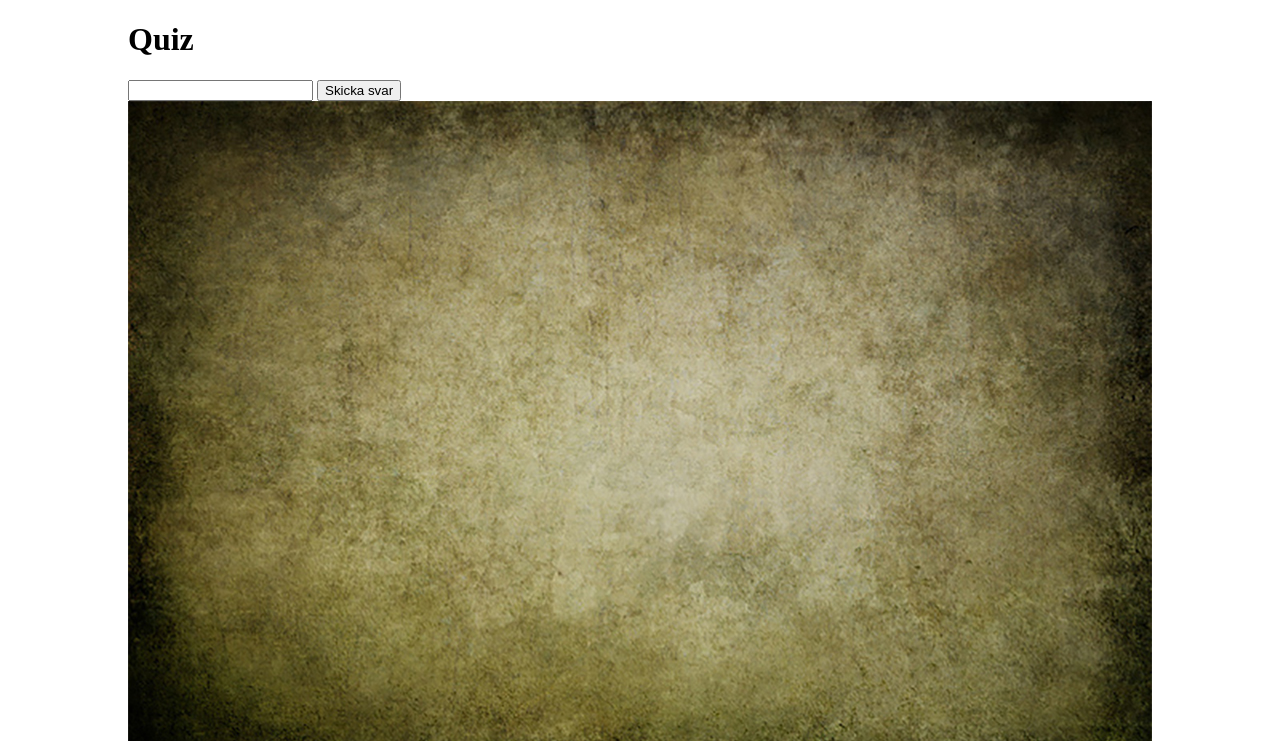
Repository: JuliaSivartsson/1dv403-jsigc09-laborationer
Page: 5-pwd/index.html
The author's editor kept a record of every edit. The page is drawn from the files as they stood at one moment, then again after the next edit.
The browser window is 1280 px wide. The pictures show the whole page.

Above is the page before.
Console error: TypeError: Cannot read properties of null (reading 'appendChild')

### 5-pwd/index.html
<!DOCTYPE html>
<html>
    <head>
        <meta charset="UTF-8">
        <link rel="stylesheet" type="text/css" href="css/style.css">
        <title>Projektarbete - JavaScript</title>
    </head>
    <body>
        <div id="content">
        <h1>Quiz</h1>
            <form>
                <input type="input" id="svar">
                <input type="button" id="answerbutton" value="Skicka svar">
            </form>
            </div>
    <script src="js/script.js"></script>

    </body>
</html>

### 5-pwd/css/style.css
#content{
    width: 1024px;
    height: 640px;
    margin: 0 auto;
}

#bottom{
    border:1px solid #000;
    top: 640px;
    position: relative;
    background-color: rgba(0,0,0, 0.3);
}

.background{
    background-image: url("img/background.jpg");
    background-color: #000;
    width: 1024px;
    height: 640px;
}

.icon{
    background-image: url("img/icon.png");
    width: 64px;
    height: 64px;
}

.right{
    float: right;
    top: -25px;
    position: relative;
}



.windowDiv{
    background-color: rgba(204,204,204, 0.8);
    height: 300px;
    width: 250px;
    position:absolute;
    margin-left: 30px;
    margin-top: 30px;
    border-top: 25px solid rgba(0,0,0, 0.3);

}

### 5-pwd/js/script.js
"use strict";
window.onload = function(){
    new Desktop();
};


function Desktop(){
    this.createHTML();
    this.init();
}

Desktop.prototype.createHTML = function() {
    // Create the design elements
    var content = document.getElementById("content");
    var bottom = document.getElementById("bottom");

    var background = document.createElement("div");
    background.className = "background";
    content.appendChild(background);

    var icon = document.createElement("div");
    icon.className = "icon";

    var aicon = document.createElement("a");
    aicon.setAttribute("href", "#");
    aicon.appendChild(icon);

    aicon.onclick = function(){
        var image = new ImageViewer();
    };

    bottom.appendChild(aicon);



};

Desktop.prototype.init = function(){

};

After the next edit:
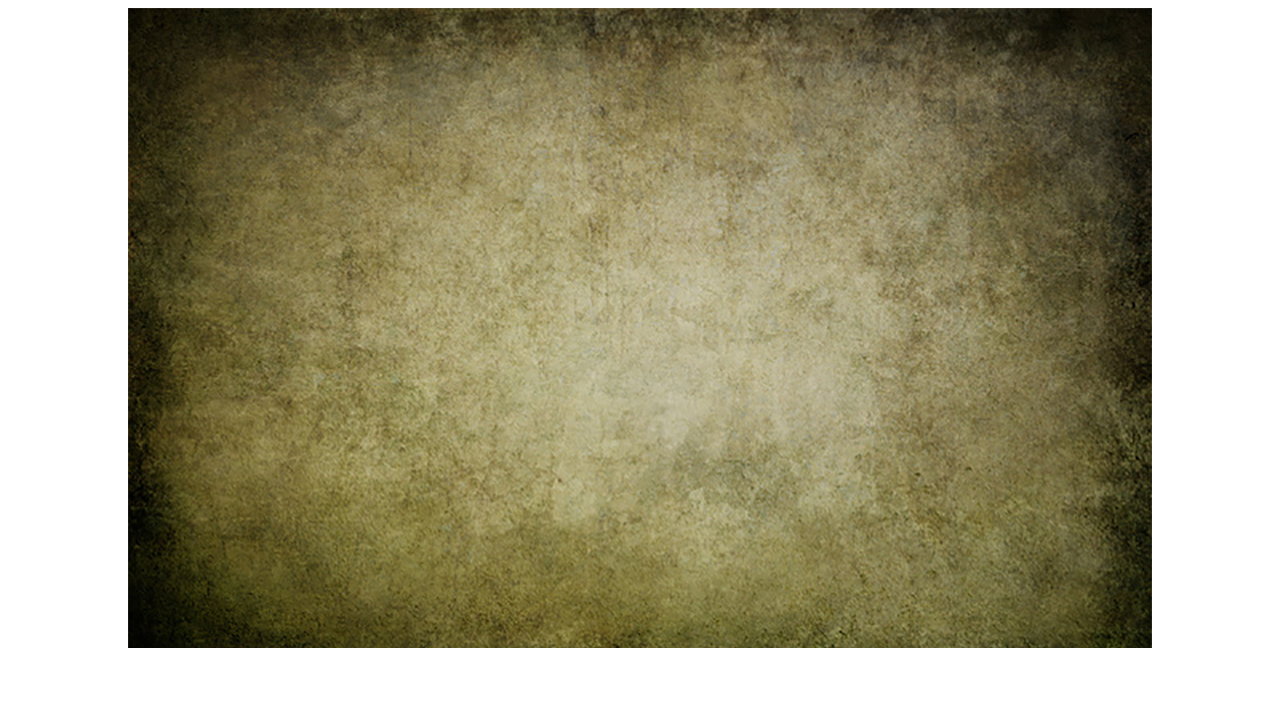
The edit:
--- a/5-pwd/index.html
+++ b/5-pwd/index.html
@@ -7,12 +7,7 @@
     </head>
     <body>
         <div id="content">
-        <h1>Quiz</h1>
-            <form>
-                <input type="input" id="svar">
-                <input type="button" id="answerbutton" value="Skicka svar">
-            </form>
-            </div>
+        </div>
     <script src="js/script.js"></script>
 
     </body>
